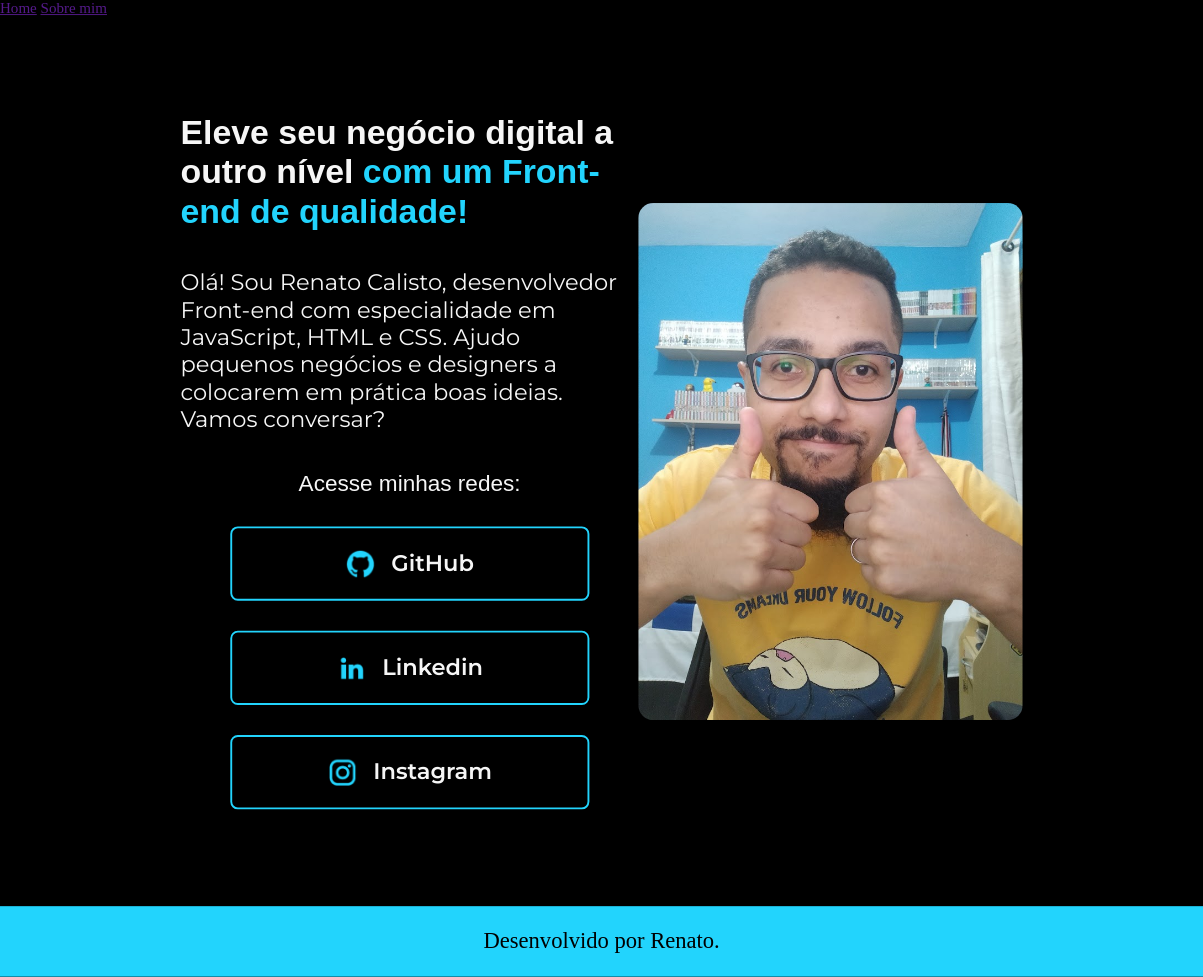
Repository: RenatoCCS/Portfolio_Alura
Page: index.html
These files come from the project's save history. The page is drawn as it stood at one moment and after the next save; the edit follows.
The browser window is 1280 px wide. The pictures show the whole page, at 94% of full size.
Some web fonts or font styles are not loaded; a fallback is used.

Above is the page before, as saved 2023-02-28 21:06:31.

### index.html
<!DOCTYPE html>
<html lang="pt-br">
  <head>
    <meta charset="UTF-8" />
    <meta http-equiv="X-UA-Compatible" content="IE=edge" />
    <meta name="viewport" content="width=device-width, initial-scale=1.0" />
    <title>Portfolio</title>
    <link rel="stylesheet" href="style.css" />
  </head>
  <body>
    <header class="cabecalho">
      <nav class="cabecalho__menu">
        <a class="cabecalho__menu__link" href="">Home</a>
        <a class="cabecalho__menu__link" href="">Sobre mim</a>
      </nav>
    </header>
    <main class="apresentacao">
      <section class="apresentacao__conteudo">
        <h1 class="apresentacao__conteudo__titulo">
          Eleve seu negócio digital a outro nível
          <strong class="titulo-destaque">
            com um Front-end de qualidade!
          </strong>
        </h1>
        <p class="apresentacao__conteudo__texto">
          Olá! Sou Renato Calisto, desenvolvedor Front-end com especialidade em
          JavaScript, HTML e CSS. Ajudo pequenos negócios e designers a
          colocarem em prática boas ideias. Vamos conversar?
        </p>
        <div class="apresentacao__links">
          <h2 class="apresentacao__links__subtitulo">Acesse minhas redes:</h2>

          <a
            class="apresentacao__links__link"
            href="https://github.com/RenatoCCS"
          >
            <img src="./assets/github.png" alt="Icone do github" />
            GitHub
          </a>

          <a
            class="apresentacao__links__link"
            href="https://www.linkedin.com/in/renatocalisto/"
          >
            <img src="./assets/linkedin.png" alt="Icone do linkedin" />
            Linkedin
          </a>

          <a
            class="apresentacao__links__link"
            href="https://www.instagram.com/reevoltz/"
          >
            <img src="./assets/instagram.png" alt="Icone do instagram" />
            Instagram
          </a>
        </div>
      </section>
      <img
        class="apresentacao__foto"
        src="./assets/renato.jpg"
        alt="Renato fazendo sinal de positivo com ambas as mãos"
      />
    </main>
    <footer class="rodape"><p>Desenvolvido por Renato.</p></footer>
  </body>
</html>

### style.css
@import url('https://fonts.googleapis.com/css2?family=Krona+One&family=Montserrat:wght@400;600&display=swap');

* {
  margin: 0;
  padding: 0;
}

body {
  /* height: 100vh; */
  box-sizing: border-box;
  background-color: #000000;
  color: #f6f6f6;
}

.titulo-destaque {
  color: #22d4fd;
}

.apresentacao {
  padding: 8% 15%;
  display: flex;
  align-items: center;
  justify-content: space-between;
}

.apresentacao__conteudo {
  width: 615px;
  display: flex;
  flex-direction: column;
  gap: 40px;
}

.apresentacao__conteudo__titulo {
  font-size: 36px;
  font-family: 'Krona One', sans-serif;
}

.apresentacao__conteudo__texto {
  font-size: 24px;
  font-family: 'Montserrat', sans-serif;
}

.apresentacao__links {
  display: flex;
  flex-direction: column;
  justify-content: space-between;
  align-items: center;
  gap: 32px;
}

.apresentacao__links__subtitulo {
  font-family: 'Krona One', sans-serif;
  font-weight: 400;
  font-size: 24px;
}

.apresentacao__links__link {
  /* background-color: #22d4fd; foi trocado o estilo*/
  display: flex;
  justify-content: center;
  gap: 16px;
  border: 2px solid #22d4fd;
  width: 378px;
  text-align: center;
  border-radius: 8px;
  font-size: 24px;
  font-weight: 600;
  padding: 21.5px 0;
  text-decoration: none;
  color: #f6f6f6;
  font-family: 'Montserrat', sans-serif;
}

.apresentacao__links__link:hover {
  background-color: #272727;
}

/*Utilizei minha foto e fui adaptando de acordo com o tamanho da outra foto*/
.apresentacao__foto {
  height: 550px;
  width: 490px;
  left: 1032px;
  top: 253px;
  border-radius: 16px;
}

.rodape {
  padding: 24px;
  color: #000000;
  background-color: #22d4fd;
  text-align: center;
  font-family: 'Montserrat' sans-serif;
  font-size: 24px;
  font-weight: 400;
}

After the next save:
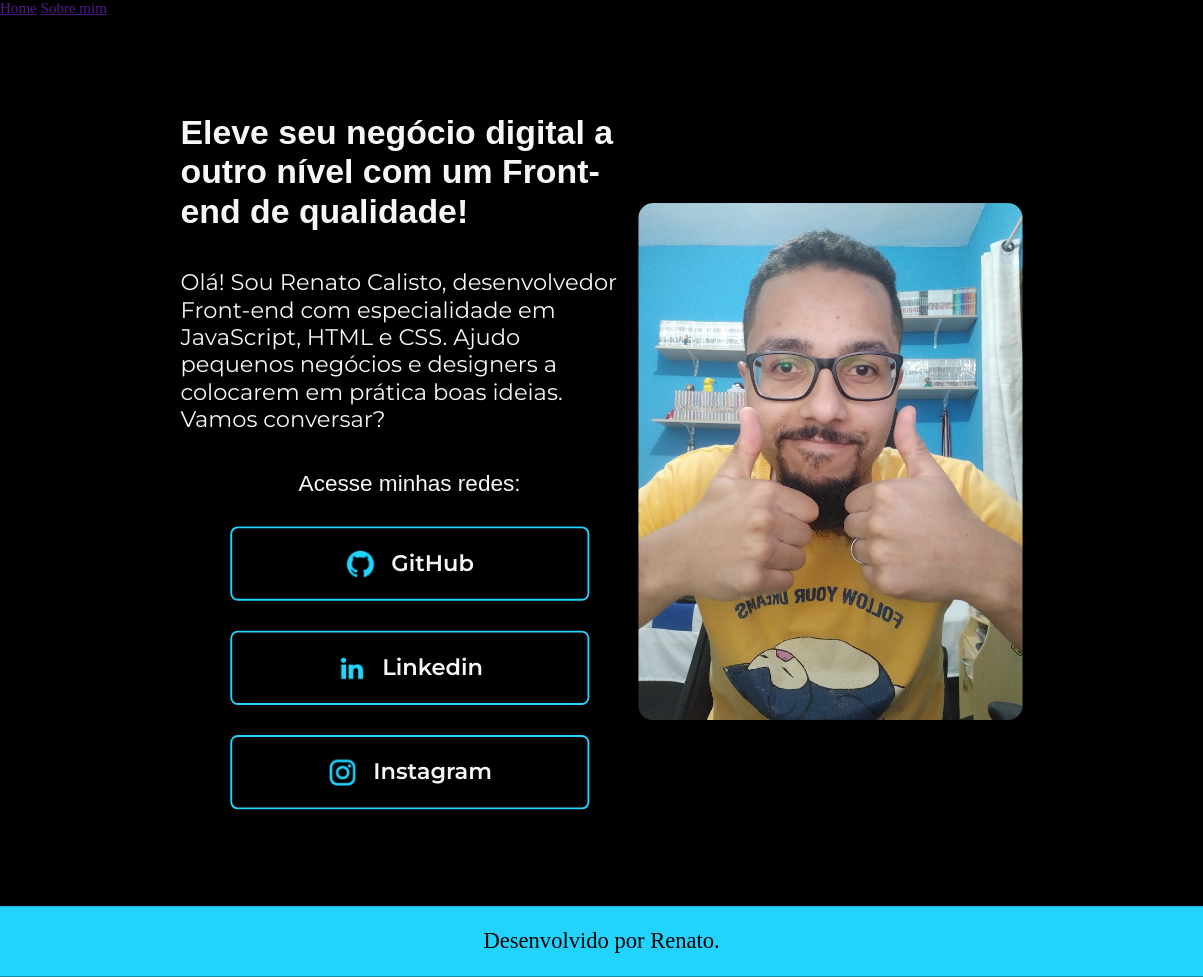
Saved 43 h 44 min later.
--- a/style.css
+++ b/style.css
@@ -10,10 +10,6 @@
   box-sizing: border-box;
   background-color: #000000;
   color: #f6f6f6;
-}
-
-.titulo-destaque {
-  color: #22d4fd;
 }
 
 .apresentacao {

After the save that followed:
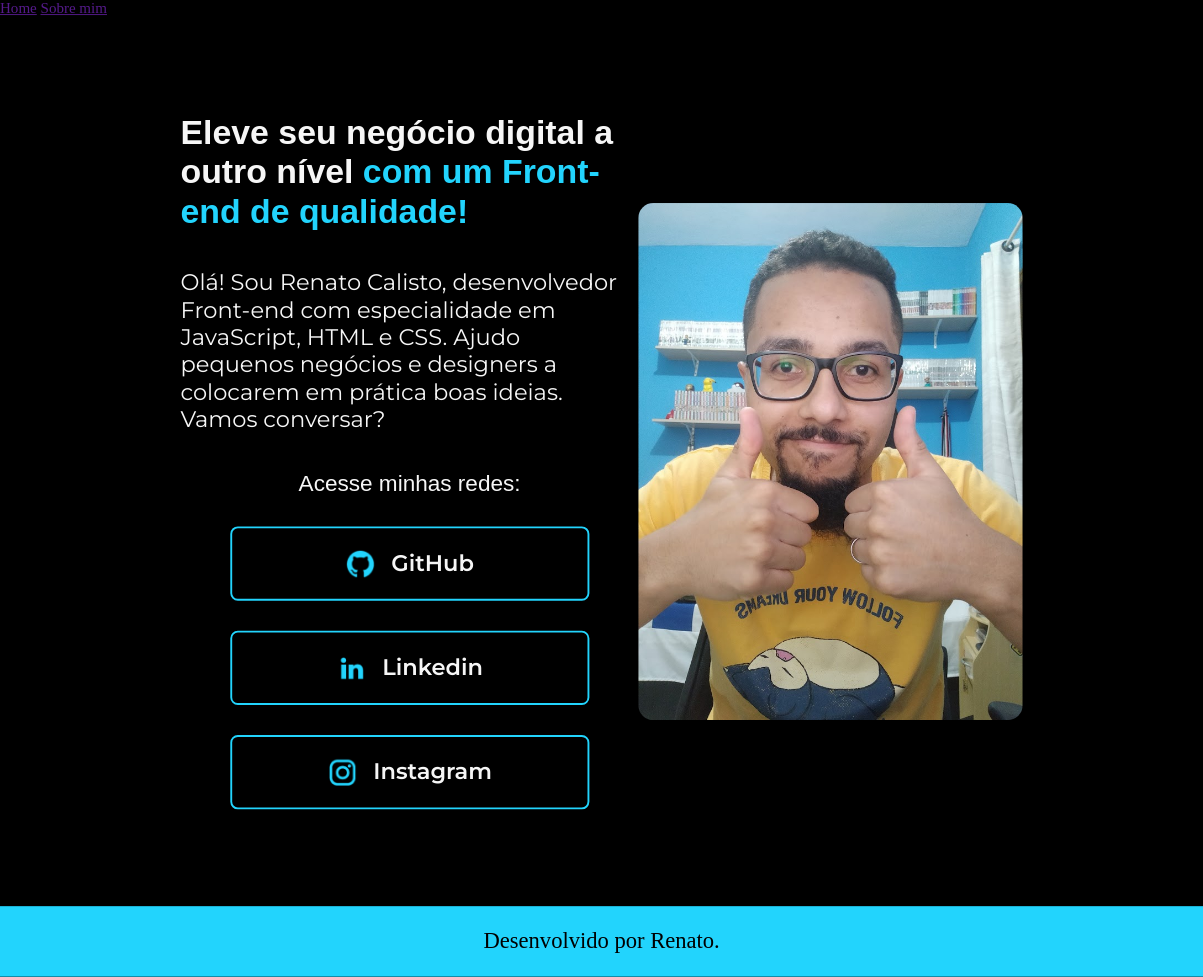
Saved 16 s later.
--- a/style.css
+++ b/style.css
@@ -29,6 +29,10 @@
 .apresentacao__conteudo__titulo {
   font-size: 36px;
   font-family: 'Krona One', sans-serif;
+}
+
+.titulo-destaque {
+  color: #22d4fd;
 }
 
 .apresentacao__conteudo__texto {
